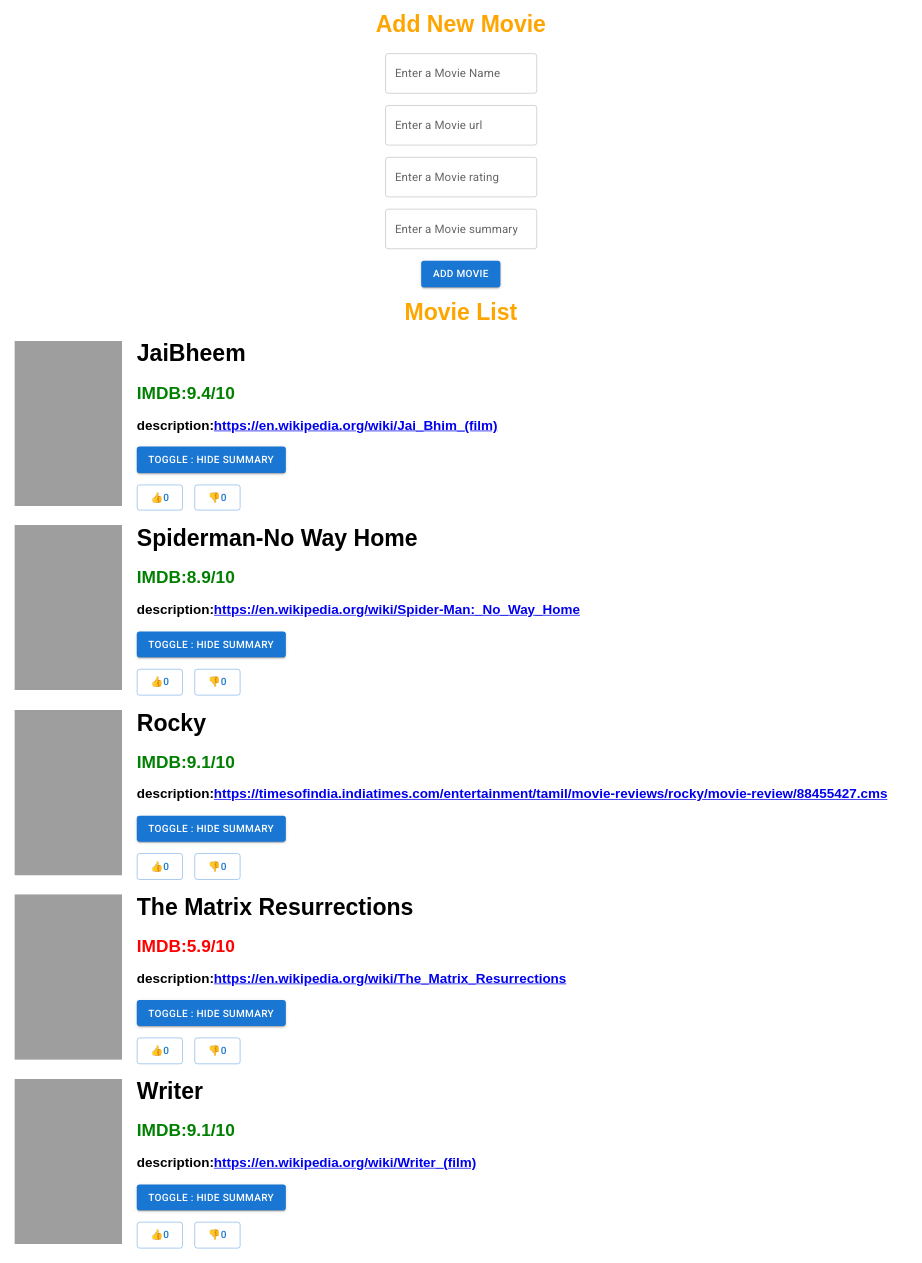
Repository: baladhinesh18/first-app
Page: /
These files come from the project's save history. The page is drawn as it stood at one moment and after the next save; the edit follows.
The browser window is 1280 px wide. The pictures show the whole page, at 72% of full size.
Pictures or frames that could not be fetched are drawn as grey boxes. The project was rebuilt for these pictures with package versions that can differ from the ones it lists, and the page was loaded fresh each time.

Above is the page before, as saved 2022-01-07 15:12:08.

### public/index.html
<!DOCTYPE html>
<html lang="en">
  <head>
    <meta charset="utf-8" />
    <!-- <link rel="icon" href="%PUBLIC_URL%/favicon.ico" /> -->
    <meta name="viewport" content="width=device-width, initial-scale=1" />
    <meta name="theme-color" content="#000000" />
    <meta
      name="description"
      content="Web site created using create-react-app"
    />
    <!-- <link rel="apple-touch-icon" href="%PUBLIC_URL%/logo192.png" /> -->
    <!--
      manifest.json provides metadata used when your web app is installed on a
      user's mobile device or desktop. See https://developers.google.com/web/fundamentals/web-app-manifest/
    -->
    <!-- <link rel="manifest" href="%PUBLIC_URL%/manifest.json" /> -->
    <!--
      Notice the use of %PUBLIC_URL% in the tags above.
      It will be replaced with the URL of the `public` folder during the build.
      Only files inside the `public` folder can be referenced from the HTML.

      Unlike "/favicon.ico" or "favicon.ico", "%PUBLIC_URL%/favicon.ico" will
      work correctly both with client-side routing and a non-root public URL.
      Learn how to configure a non-root public URL by running `npm run build`.
    -->
    <link
  rel="stylesheet"
  href="https://fonts.googleapis.com/css?family=Roboto:300,400,500,700&display=swap"
/>
<link
  rel="stylesheet"
  href="https://fonts.googleapis.com/icon?family=Material+Icons"
/>
    <title>New Movies</title>
  </head>
  <body>
    <noscript>You need to enable JavaScript to run this app.</noscript>
    <div id="root"></div>
    <!--
      This HTML file is a template.
      If you open it directly in the browser, you will see an empty page.

      You can add webfonts, meta tags, or analytics to this file.
      The build step will place the bundled scripts into the <body> tag.

      To begin the development, run `npm start` or `yarn start`.
      To create a production bundle, use `npm run build` or `yarn build`.
    -->
  </body>
</html>

### src/App.js

import './App.css';
import {useState} from "react";
import Button from '@mui/material/Button';
import TextField from '@mui/material/TextField';
function App() {
  let users = [
    {
      name: "JaiBheem",
      url:
      "https://encrypted-tbn3.gstatic.com/images?q=tbn:ANd9GcQm8U_-RJoMKrgvpIVLbDV8ovuHIp-p_Ls5I7WHaXJUUCbhjQVd",
      rating:"9.4",
      summary:"https://en.wikipedia.org/wiki/Jai_Bhim_(film)"
    },
    {
      name: "Spiderman-No Way Home",
      url:
      "https://www.thehindubusinessline.com/news/variety/4sw3ar/article37984362.ece/ALTERNATES/PORTRAIT_355/Spider-Man---No-Way-Home-Poster-Pic-Credit---Marvel",
      rating:"8.9",
      summary:"https://en.wikipedia.org/wiki/Spider-Man:_No_Way_Home"
    },
    {
      name: "Rocky",
      url:
      "https://static.toiimg.com/thumb/msid-88435003,width-219,height-317,imgsize-16192/88435003.jpg",
      rating:"9.1",
      summary:"https://timesofindia.indiatimes.com/entertainment/tamil/movie-reviews/rocky/movie-review/88455427.cms"
    },
    {
      name: " The Matrix Resurrections",
      url:
      "https://encrypted-tbn0.gstatic.com/images?q=tbn:ANd9GcQHjE4eApjpFWlpAdiC_aFG2FkfvimiGW0TK4mB-hc_T4Uitj9J",
      rating:"5.9",
      summary:"https://en.wikipedia.org/wiki/The_Matrix_Resurrections"
    },
    {
      name: "Writer",
      url:
      "https://static.moviecrow.com/gallery/20210414/185058-Ey6W3Z2VoAMu4P2%20(1).jpg",
      rating:"9.1",
      summary:"https://en.wikipedia.org/wiki/Writer_(film)"
    }
  ];
  const mart={margin:'1rem 0 0 0'}

  return (
    <div className="App">
    <h1 className="lor">Add New Movie</h1>
      <div  className="btn">
      <TextField id="outlined-basic" label="Enter a Movie Name" variant="outlined" onChange={(nameev)=>(nameev.target.value)} />
      <TextField id="outlined-basic" label="Enter a Movie url" variant="outlined" style={mart} />
      <TextField id="outlined-basic" label="Enter a Movie rating" variant="outlined" style={mart}/>
      <TextField id="outlined-basic" label="Enter a Movie summary" variant="outlined" style={mart} />
      <Button  variant="contained" style={mart}>Add Movie</Button>
      {/* <Counter/> */}
      </div>
     <h1 className="lor">Movie List</h1>
      {users.map(({ name, url ,rating,summary}) => (
        <Starting key={url} nme={name} ur={url} rat={rating} des={summary} >
        </Starting>
      ))}


    </div>
  );
}
function Counter(){
const [like,setLike]=useState(0);
const[dislike,setDislike]=useState(0);
const marr={margin:'0 1rem 0 0 '}
return(
  <div className="vacls">
  <Button onClick={()=>setLike(like+1)}   variant="outlined" style={marr}>👍{like}</Button>
  <Button onClick={()=>setDislike(dislike+1)}   variant="outlined" >👎{dislike}</Button>
  {/* <h1>{like}</h1> */}
  </div>
)}

function Starting({ nme, ur,rat,des }) {
const styles={color: rat>=8.5? "green":"red"};
const[isHide,setIsHide]=useState(true);

  return (
    <div>
    <div className="ro">
     <img src={ur} className="mg" alt={nme} />
      <div className="col">
      <h1> {nme}</h1>
      <h2 style={styles}>IMDB:{rat}/10</h2>
      { isHide?<h3>description:<a href={des}>{des}</a></h3>:null}
      {/* <h3>description:<a href={des}>{des}</a></h3> */}
      <div>
    <Button onClick={()=>setIsHide(!isHide)} variant="contained">Toggle : Hide summary</Button>
    </div>
    <Counter/>
      </div>
    </div>
    </div>
  );
}

// function ColorBox(){

// }

export default App;

### src/App.css
.App {
  font-family: sans-serif;
  text-align: center;
}
.mg {
  height: 230px;
  width: 150px;
  object-fit: center;
}
.ro{
display: flex;
flex-direction: row;
margin-left: 20px;
margin-bottom: 20px;
}
.col{
  display:flex;
  flex-direction: column;
  align-items: flex-start;
margin-left: 20px;
}
.lor{
color:orange;
margin-top: 1rem;
}
h1,h2,h3{
  margin-top: 0px;
  gap: 1rem;
}
button{
  margin-bottom: 1rem;
}
.vacls{
margin-top: 1rem;
margin-right: 1rem;
}
.btn{
  display: flex;
  flex-direction: column;
  justify-content: center;
  align-items: center;
 }
 .bncs{
   margin-top:5rem;
 }

Loaded but not shown: src/index.js (common file); src/index.css (common file); src/reportWebVitals.js (common file)

After the next save:
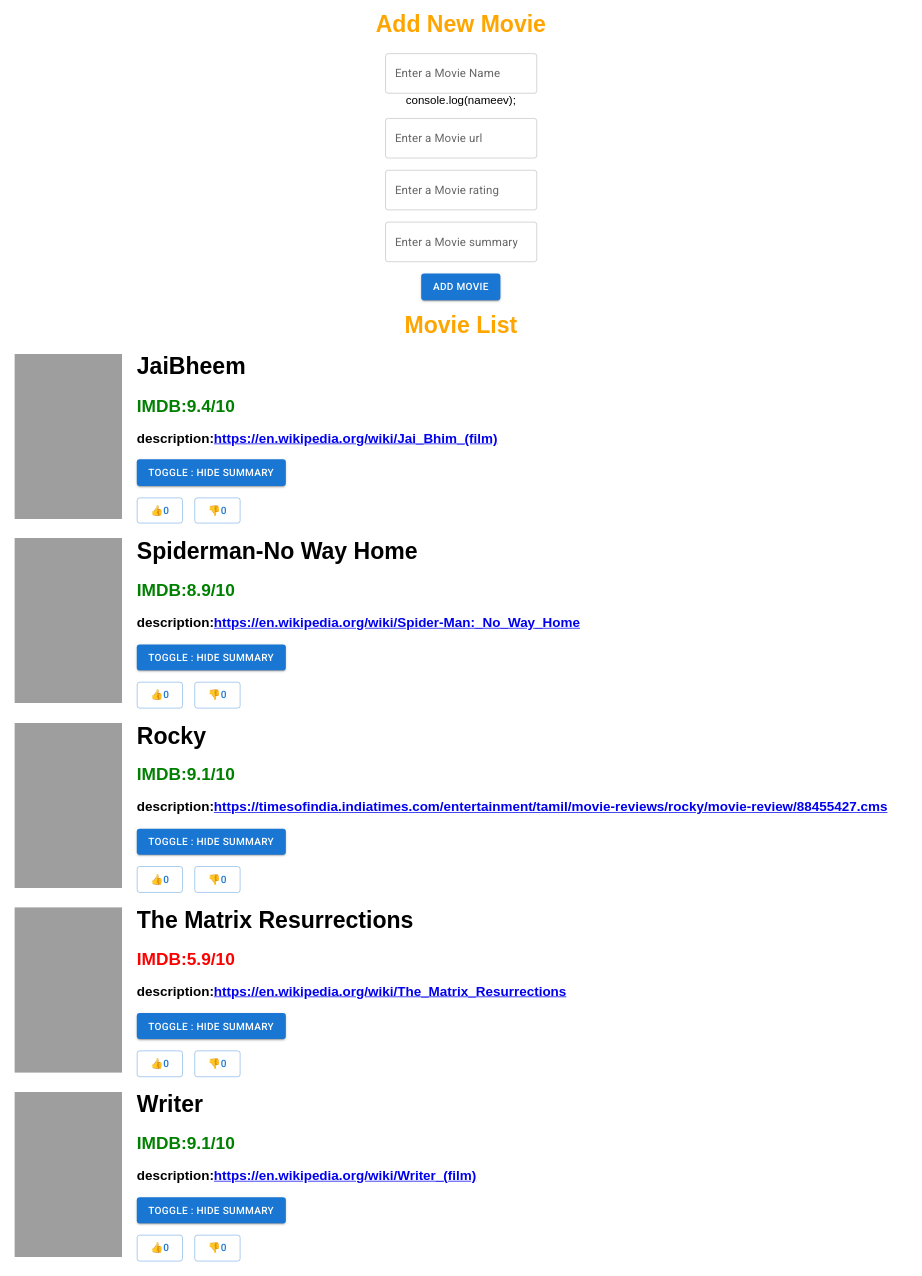
Saved 47 s later.
--- a/src/App.js
+++ b/src/App.js
@@ -47,7 +47,8 @@
     <div className="App">
     <h1 className="lor">Add New Movie</h1>
       <div  className="btn">
-      <TextField id="outlined-basic" label="Enter a Movie Name" variant="outlined" onChange={(nameev)=>(nameev.target.value)} />
+      <TextField id="outlined-basic" label="Enter a Movie Name" variant="outlined" onChange={(nameev)=>(nameev.target)} />
+      console.log(nameev);
       <TextField id="outlined-basic" label="Enter a Movie url" variant="outlined" style={mart} />
       <TextField id="outlined-basic" label="Enter a Movie rating" variant="outlined" style={mart}/>
       <TextField id="outlined-basic" label="Enter a Movie summary" variant="outlined" style={mart} />
